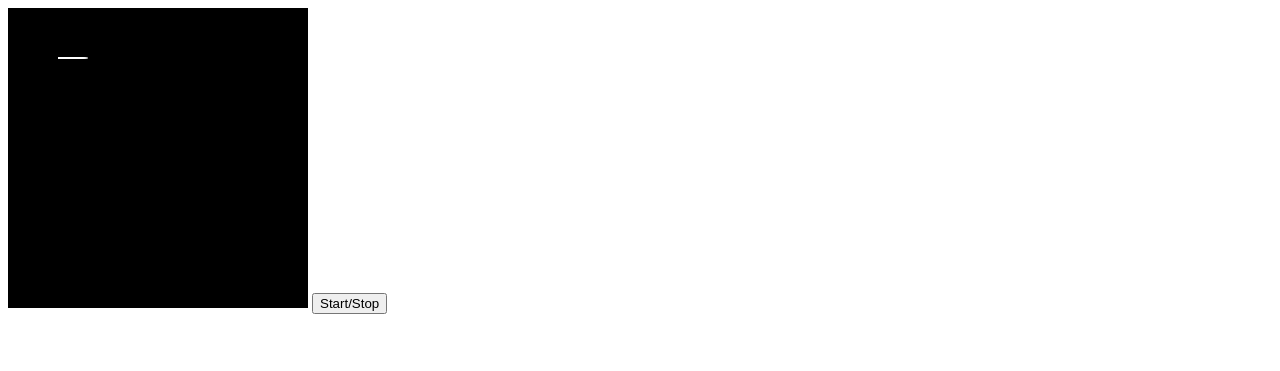
Repository: shadowroot/workspace
Page: http://localhost/test.php
These files come from the project's save history. The page is drawn as it stood at one moment and after the next save; the edit follows.
The browser window is 1280 px wide. The pictures show the whole page.
After loading, the first visible `#pause` was clicked once.
The page is run by PHP 8.4 with error messages shown; the project is at /var/www/html/.

Above is the page before, as saved 2012-02-08 22:34:53.

### javascript_achtung_die_kurve/test.php
<canvas id="gamespace" width="300" height="300"
	style="background: #000000;"></canvas>
<?php

?>
<script type="text/javascript">
function game(){
	var game = this;
	game.hero = null;


	game.canvas = document.getElementById("gamespace");
	game.ctx = game.canvas.getContext("2d");
	/*
	ctx.beginPath();
	ctx.moveTo(100,100);
	ctx.lineTo(101,101);
	ctx.lineTo(102,102);
	ctx.lineWidth = 10;
	ctx.strokeStyle = "black";
	ctx.stroke();
	ctx.fillStyle="#000000";
	ctx.fillRect(0,0,300,300);
	var data = ctx.getImageData(0,0,300,300);
	var i=0;

	for (i=0;i<=5;i++){
		//90% alfa
		if((data.data[i] | 0x00) != 0x00){
			document.write("collision");
		}

	}
	*/
	game.loop = function(){
		//console.log("Not Running");
		if(game.status){
			//console.log("Running");
			for(var i=0;i<=game.hero.length-1;i++){
				game.change_vector(i);
				game.draw(i);
			}
		}
	};
	game.init = function(){
		game.hero = new Array();
		console.log("init");
		game.status = false;
		/*18*/

		game.butt = document.createElement("input");
		game.butt.type = "button";
		game.butt.id="pause";
		game.butt.value="Start/Stop";
		game.butt.onclick = function(){
			if(!game.status){
				game.status = true;

			}
			else{
				game.status = false;
			}

		};
			game.hero.push({
				/*
					Start coordinates
				*/
			name:"Jonny",
			running:true,
			x:50,
			y:50,
			//[x,y] vector
			direction:new Array(0,0),
			angle:0,
			color:"#ffffff"
			});


		document.getElementsByTagName("body")[0].appendChild(game.butt);
		window.document.onkeydown = function(e){
			console.log(e.keyCode);
			switch(e.keyCode){
				case 81/*q*/:

					game.hero[0].angle+=(Math.PI/72);
					break;
				case 87/*w*/:
					game.hero[0].angle-=(Math.PI/72);
					break;
				case 70/*f*/:
					game.hero[1].angle+=(Math.PI/72);
					break;
				case 71/*g*/:
					game.hero[1].angle-=(Math.PI/72);
					break;
				default:
					break;
			}

		};
	};
	game.draw = function(i){
		if(game.hero[i].running){
			var x = game.hero[i].x+game.hero[i].direction[0];
			var y = game.hero[i].y+game.hero[i].direction[1];
			game.ctx.moveTo(game.hero[i].x,game.hero[i].y);
			if((x<game.canvas.width) && (x>0) && (y<game.canvas.height) && (y>0)){
				var data = game.ctx.getImageData(x,y,1,1).data;
				for (var u=0;u<data.length;u++){
					if(data[u] != 0){
						game.hero[i].running = false;
						console.log(game.hero[i].name+ " ended.");
						var div = document.createElement("div");
						div.innerHTML = game.hero[i].name+ " ended.";
						document.body.appendChild(div);
						return;
					}
				}
						game.ctx.lineTo(x,y);

						game.ctx.strokeStyle=game.hero[i].color;
						game.ctx.stroke();

						game.hero[i].x = x;
						game.hero[i].y = y;
			}
			else{
				game.hero[i].running = false;
				console.log(game.hero[i].name+ " ended.");
				var div = document.createElement("div");
				div.innerHTML = game.hero[i].name+ " ended.";
				document.body.appendChild(div);
				return;
			}

		}////next point color check && frame limits

	};
	game.change_vector = function(i){
		if(game.hero[i].running){
			var x = Math.cos(game.hero[i].angle);
			var y = Math.sin(game.hero[i].angle);

			game.hero[i].direction = [x,y];

		}
	};

}
/*
 * Constructor
 */
var curve = new game();
curve.init();
setInterval("curve.loop()","50");

/*
 * Controllers

 sin 5° =  0,0872
 */

</script>

After the next save:
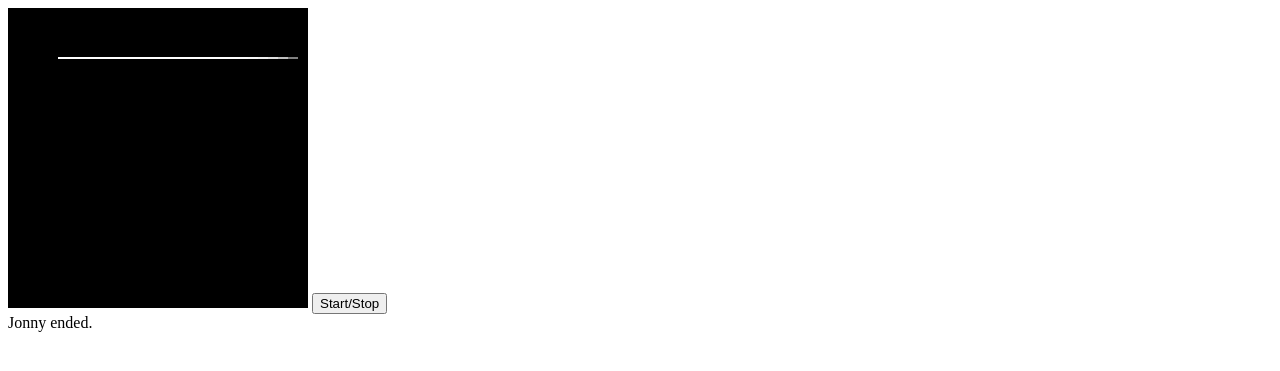
Saved 3 min 25 s later.
--- a/javascript_achtung_die_kurve/test.php
+++ b/javascript_achtung_die_kurve/test.php
@@ -139,8 +139,8 @@ function game(){
 	};
 	game.change_vector = function(i){
 		if(game.hero[i].running){
-			var x = Math.cos(game.hero[i].angle);
-			var y = Math.sin(game.hero[i].angle);
+			var x = Math.cos(game.hero[i].angle)*10;
+			var y = Math.sin(game.hero[i].angle)*10;
 
 			game.hero[i].direction = [x,y];
 
